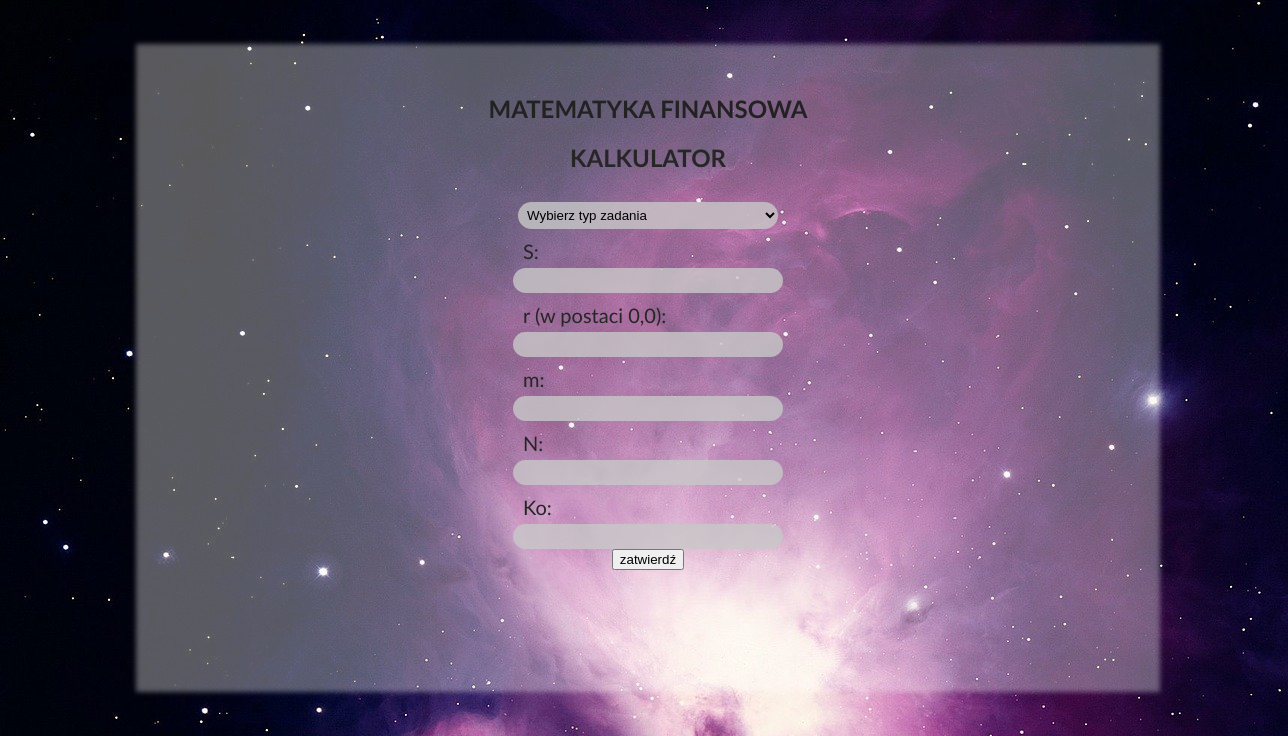
Repository: ravkita/MFCalc
Page: index.html
These files come from the project's save history. The page is drawn as it stood at one moment and after the next save; the edit follows.
The browser window is 1280 px wide. The page is 1288 px wide, so the pictures cover 1288 px, including what lies to the right of the window. The pictures show the whole page.

Above is the page before, as saved 2021-04-12 19:48:15.

### index.html
<!DOCTYPE html>
<html lang="en">
<head>
    <meta charset="UTF-8">
    <meta http-equiv="X-UA-Compatible" content="IE=edge">
    <meta name="viewport" content="width=device-width, initial-scale=1.0">
    <title>Kalkulator</title>

    <style type="text/css">
        body{
            font-family: 'Gill Sans', 'Gill Sans MT', Calibri, 'Trebuchet MS', sans-serif;
            background-image: url('bg.jpg');
            width: 100vw;
            height: 100vh;
            overflow: hidden;
            display: flex;
            justify-content: center;
            align-items: center;
        }
        .popout{
            width: 80%;
            height: 90vh;
            position: relative;
        }
        .popout .bg{
            width: 100%;
            height: 100%;
            background: rgba(255, 255, 255, 0.35);
            filter: blur(2.55px);
            position: absolute;
            top: 0;
            left: 0;
            z-index: -1;
        }
        .header{
            width: 100%;
            display: flex;
            flex-direction: column;
            justify-content: center;
            align-items: center;
        }
        .title{
            color: #222;
            margin-top: 50px;
            margin-bottom: 10px;
        }
        .subtitle{
            margin-top: 10px;
            color: #262626;
        }

        #form{
            display: flex;
            flex-direction: column;
            justify-content: center;
            align-items: center;
        }
        .formItem{
            display: flex;
            justify-content: flex-start;
            align-items: flex-start;
            flex-direction: column;
            margin-top: 10px;
        }
        select, input[type="number"]{
            width: calc(100vh/2 - 100px);
            outline: 0;
            border: 0;
            background: rgba(201, 201, 201, 0.8);
            border-radius: 20px;
            padding: 5px;
        }
        label{
            padding-left: 10px;
            padding-bottom: 5px;
            color: #262626;
            font-size: 20px;
        }
    </style>
</head>
<body>
    <section class="popout">
        <div class="bg"></div>
        <header class="header">
            <h1 class="title">MATEMATYKA FINANSOWA</h1>
        <h2 class="subtitle">KALKULATOR</h2>
        </header>
        <form action="" id="form">
            <div class="formItem">
                <select name="type" id="typ">
                <option default>Wybierz typ zadania</option>
                <option value="1">zmienna rata</option>
                <option value="2">zmienne płatności</option>
                <option value="3">narastanie kapitału</option>
            </select>
            </div>
            <div class="formItem"><label for="S">S:</label> <input type="number" name="S" class="s"></div>
            <div class="formItem"><label for="r">r (w postaci 0,0):</label> <input type="number" name="r" class="r"></div>
            <div class="formItem"><label for="m">m:</label> <input type="number" name="m" class="m"></div>
            <div class="formItem"><label for="N">N:</label> <input type="number" name="N" class="N"></div>
            <div class="formItem"><label for="Ko">Ko:</label> <input type="number" name="Ko" class="Ko"></div>
            <input type="button" name="confirm" id="confirm" value="zatwierdź">
        </form>
        <div class="result">

        </div>
    </section>
    <script type="text/javascript">
        let s;
        let r;
        let m;
        let N;
        let q;
        let a;
        let Ko;
        let Sn = [];

        // RATY


        function rataStała(){
            const el = document.createElement("p");
            let t = s/(m*N);
            el.innerText = `T: ${t}`;
            document.querySelector('.result').appendChild(el);
        }
        function rataZmienna(){
            let tn = [];
            let sumaTn = 0;
                for(let i = 1; i<=N*m; i++){
                    const el = document.createElement("p");
                    tn[i-1] = s*((Math.pow(q, i) - Math.pow(q, i-1))/(Math.pow(q, m*N) - 1));
                    sumaTn += tn[i-1];
                    el.innerText = `T${i}: ${tn[i-1]}`;
                    document.querySelector('.result').appendChild(el);
                }
                const suma = document.createElement("p");
            suma.innerText = `Suma rat: ${sumaTn}`;
            document.querySelector('.result').appendChild(suma);
        }

        //KWOTA PŁATNOŚCI

        function kwotaPlatnosciStala(){
            const el = document.createElement("p");
            a = s*Math.pow(q, m*N)*((q-1)/(Math.pow(q, m*N)-1));
            el.innerText = `A: ${a}`;
            document.querySelector('.result').appendChild(el);
        }
        function kwotaPlatnosciZmienna(){
            for(let i = 1; i<=N*m; i++){
                const el = document.createElement("p");
                let an = (s/(N*m))*[1+((N*m)-i+1)*(r/m)];
                el.innerText = `A${i}: ${an}`;
                document.querySelector('.result').appendChild(el);
            }
        }

        // ODSETKI
        function odsetkiPrzyStalejRacie(){
            let sumaOs = 0;
            for(let i = 1; i<=N*m; i++){
                const el = document.createElement("p");
                let On = s*[1-((i-1)/(N*m))]*(r/m);
                sumaOs += On;
                el.innerText = `O${i}: ${On}`;
                document.querySelector('.result').appendChild(el);
            }
            const suma = document.createElement("p");
            suma.innerText = `Suma odsetek: ${sumaOs}`;
            document.querySelector('.result').appendChild(suma);
        }

        function odsetkiPrzyStalejKwocie(){
            saldoPrzyStałejKwocie();
            let On
            let sumaO = 0;
            for(let i = 1; i<=N*m; i++){
                const el = document.createElement("p");
                if(i === 1){
                     On = s*(r/m);
                     sumaO += On;
                }else{
                     On = Sn[i-2]*(r/m);
                     sumaO += On;
                }

                el.innerText = `O${i}: ${On}`;
                document.querySelector('.result').appendChild(el);
            }
            const suma = document.createElement("p");
            suma.innerText = `Suma odsetek: ${sumaO}`;
            document.querySelector('.result').appendChild(suma);
        }


        //SALDO
        function saldoPrzyStałejKwocie(){
            kwotaPlatnosciStala();
            for(let i = 1; i<=N*m; i++){
                const el = document.createElement("p");
                Sn[i-1] = s*(Math.pow((1+(r/m)), i)) - a*((Math.pow((1+(r/m)), i)-1)/((1+(r/m))-1));
                el.innerText = `S${i}: ${Sn[i-1]}`;
                document.querySelector('.result').appendChild(el);
            }
        }

        function saldoPrzyStałejRacie(){
            for(let i = 1; i<=N*m; i++){
                const el = document.createElement("p");
                let SnS = s*(1-(i/(N*m)));
                el.innerText = `S${i}: ${SnS}`;
                document.querySelector('.result').appendChild(el);
            }
        }


        //NARASTANIE KAPITAŁU

        function narastanieKapitału(){
            for(let i = 1; i<=N; i++){
                const el = document.createElement("p");
                let Kn = Ko*(Math.pow((1+(r/m)), i*m));
                el.innerText = `K${i}: ${Kn}`;
                document.querySelector('.result').appendChild(el);
            }
        }



        function getData(){
            document.getElementById('confirm').addEventListener('click', (e) =>{
                s = document.querySelector('.s').value;
                r = document.querySelector('.r').value;
                m = document.querySelector('.m').value;
                N = document.querySelector('.N').value;
                Ko = document.querySelector('.Ko').value;
                q = 1+(r/m);
                let type = document.querySelector('#typ').value;
                document.querySelector('.result').innerHTML="";

                switch (type){
                    case "1":
                    rataZmienna();
                    kwotaPlatnosciStala();
                    odsetkiPrzyStalejKwocie()
                    break;
                    case "2":
                    rataStała();
                    kwotaPlatnosciZmienna();
                    odsetkiPrzyStalejRacie();
                    saldoPrzyStałejRacie();
                    break;
                    case "3":
                    narastanieKapitału();
                }
            });
        }
        getData();
    </script>
</body>
</html>

After the next save:
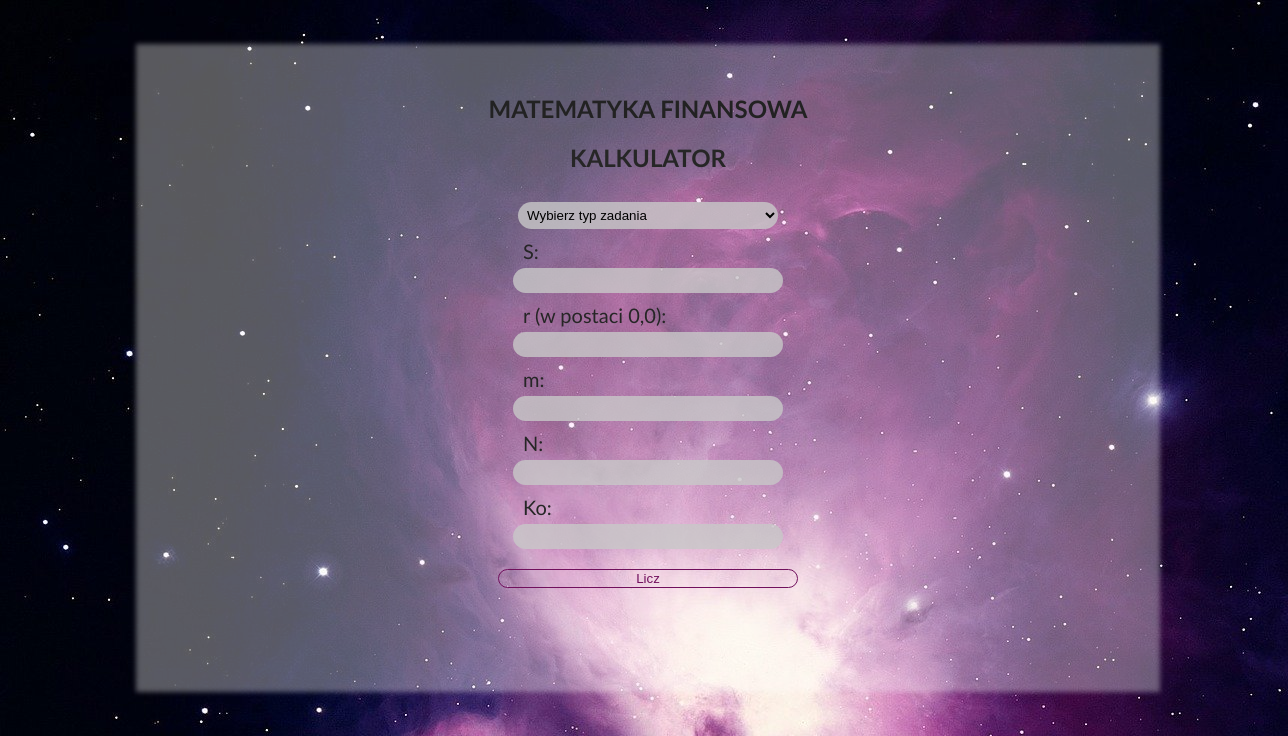
Saved 2 min 53 s later.
--- a/index.html
+++ b/index.html
@@ -75,6 +75,15 @@
             padding-bottom: 5px;
             color: #262626;
             font-size: 20px;
+        }
+        input[type="button"]{
+            margin-top: 20px;
+            background: transparent;
+            width: 300px;
+            border: solid 1px #71105D;
+            color: #71105D;
+            border-radius: 30px;
+
         }
     </style>
 </head>
@@ -99,7 +108,7 @@
             <div class="formItem"><label for="m">m:</label> <input type="number" name="m" class="m"></div>
             <div class="formItem"><label for="N">N:</label> <input type="number" name="N" class="N"></div>
             <div class="formItem"><label for="Ko">Ko:</label> <input type="number" name="Ko" class="Ko"></div>
-            <input type="button" name="confirm" id="confirm" value="zatwierdź">
+            <input type="button" name="confirm" id="confirm" value="Licz">
         </form>
         <div class="result">
 
